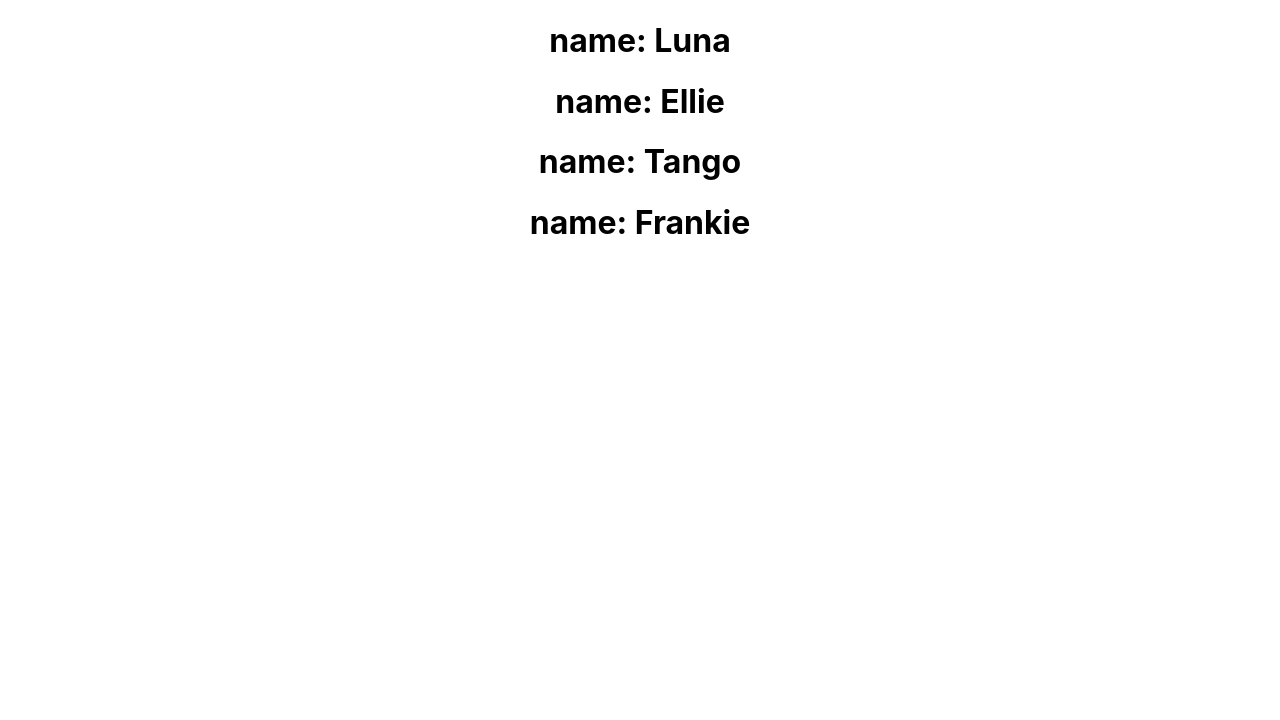
Repository: mahsa199170/React-Props-projects
Page: / (app in profile-app/)
The author's editor kept a copy of each file at every save. The page is drawn from the files as they stood at one save, then again after the next save.
The browser window is 1280 px wide. The pictures show the whole page.
The project was rebuilt for these pictures with package versions that can differ from the ones it lists, and the page was loaded fresh each time.

Above is the page before, as saved 2024-11-18 13:12:11.

### profile-app/src/App.js
import './App.css';
import Profile from './components/Profile';
import { people } from './personalInfo';

function App() {
  const personInfo = people.map((p) => {
    return <h1>{p.name}</h1>;
  });

  return (
    <div className="App">
      {people.map((person) => {
        const { id, name, age, gender, occupation } = person;
        return (
          <div key={id}>
            <Profile
              name={name}
              age={age}
              occupation={occupation}
              gender={gender}
            />
          </div>
        );
      })}
    </div>
  );
}

export default App;

### profile-app/src/components/Profile.js
import React from 'react';

const Profile = ({ id, name, age, gender, occupation }) => {
  return (
    <div>
      <h1>name: {name}</h1>
    </div>
  );
};

export default Profile;

### profile-app/src/personalInfo.js
export const people = [
  {
    id: 1,
    name: 'Luna',
    age: 7,
    gender: 'Female',
    ocupation: 'VP of Engineering',
  },
  {
    id: 2,
    name: 'Ellie',
    age: 3,
    gender: 'Female',
    ocupation: 'Senior Engineer',
  },
  {
    id: 3,
    name: 'Tango',
    age: 10,
    gender: 'male',
    ocupation: 'Software Engineer',
  },
  {
    id: 4,
    name: 'Frankie',
    age: 1,
    gender: 'male',
    ocupation: 'Devops Engineer',
  },
];

Loaded but not shown: profile-app/public/index.html (common file); profile-app/src/index.js (common file); profile-app/src/index.css (common file); profile-app/src/App.css (common file)

After the next save:
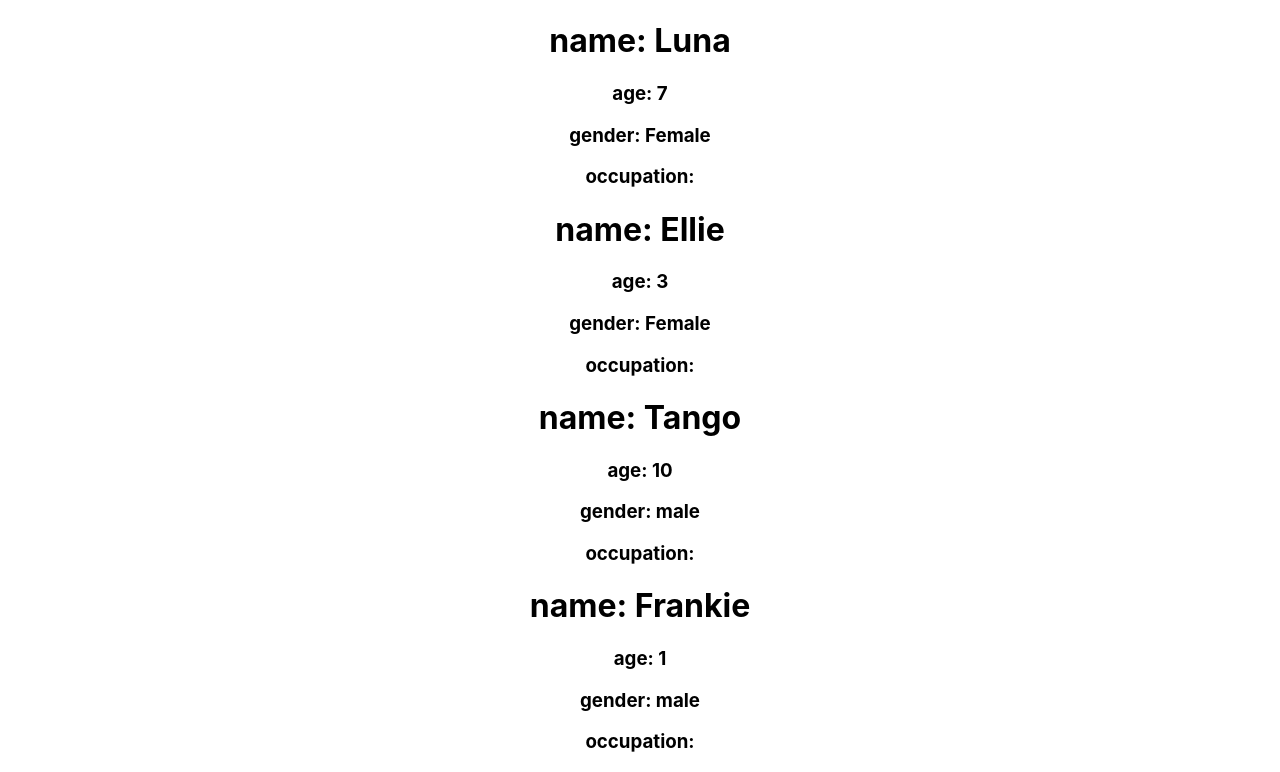
Saved 42 s later.
--- a/profile-app/src/components/Profile.js
+++ b/profile-app/src/components/Profile.js
@@ -4,6 +4,9 @@ const Profile = ({ id, name, age, gender, occupation }) => {
   return (
     <div>
       <h1>name: {name}</h1>
+      <h3>age: {age}</h3>
+      <h3>gender: {gender}</h3>
+      <h3>occupation: {occupation}</h3>
     </div>
   );
 };
